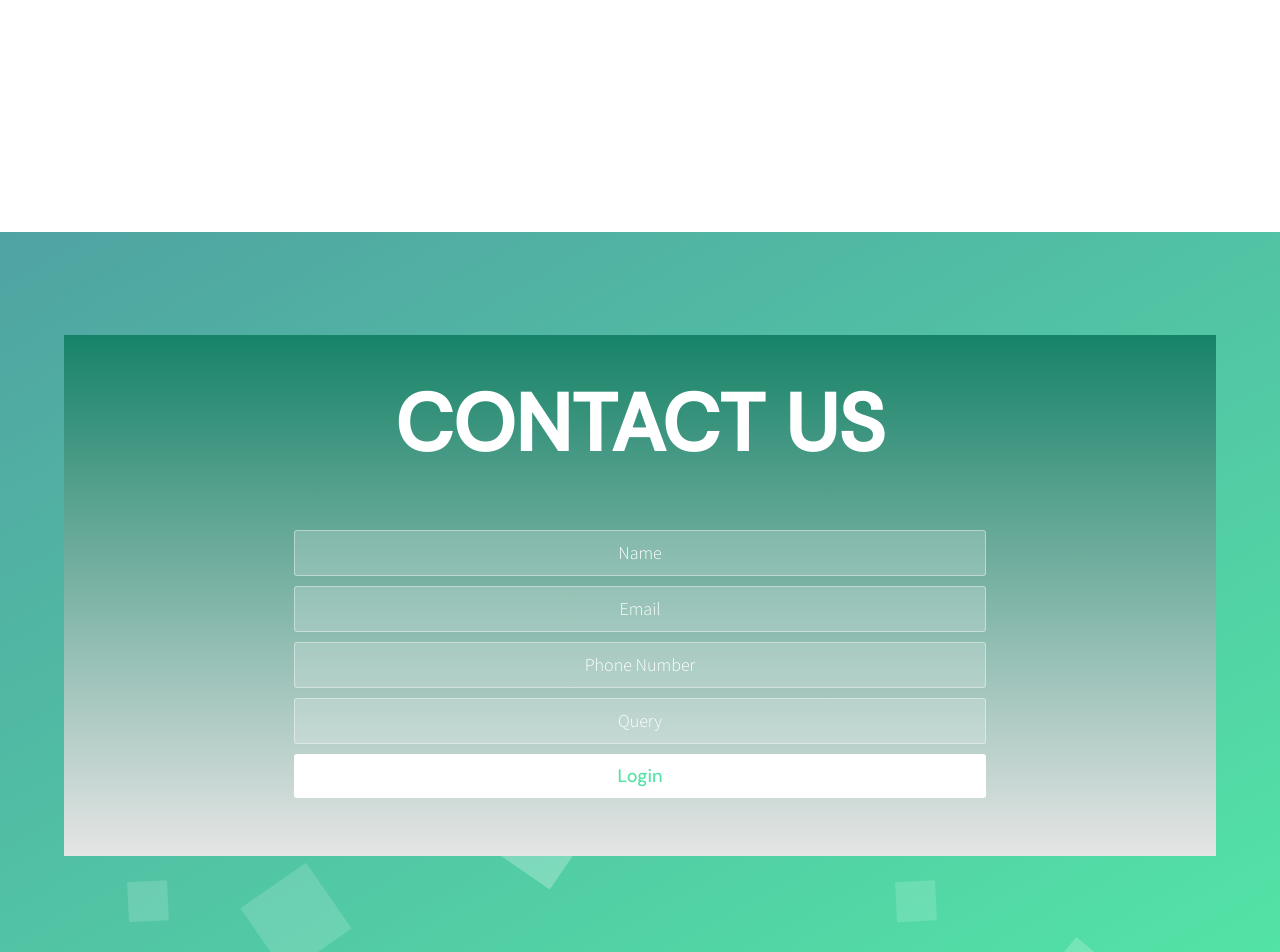
Repository: Jrap-bit/PeriodofSharing
Page: index.html
The author's editor kept a copy of each file at every save. The page is drawn from the files as they stood at one save, then again after the next save.
The browser window is 1280 px wide. The pictures show the part of the page from y = 1325 to 2277 px (the page is 2277 px tall).

Above is the page before, as saved 2022-01-16 01:27:38.

### index.html
<!DOCTYPE html>
<html lang="en">
  <head>
    <meta charset="UTF-8" />
    <meta http-equiv="X-UA-Compatible" content="IE=edge" />
    <meta name="viewport" content="width=device-width, initial-scale=1.0" />
    <link rel="stylesheet" href="style.css" />
    <title>#PeriodofSharing</title>
  </head>
  <body>
    <nav>
      <div class="logo">
          <a href="#" class = "brand-title">Brand Name</a>
      </div>
      <ul>
          <li>
              <a href="#">Home</a>
          </li>
          <li>
              <a href="#">
              About
          </a>
          </li>
          <li>
              <a href="#">
              Contact
          </a>
          </li>
      </ul>
  </nav>
    <div id="Home" class="home">
      <h1>#PeriodofSharing</h1>
      <p>
        For every 30 Rupees that you donate, we will purchase one packet of sofy
        sanitary napkins that contain 8 pads. This packet of sanitary napkins
        will be distributed for free to girls in Govt. schools, slums,
        orphanages in the age group of 12 to 20.
      </p>
      <div>
        <a href="Donate.html"><button class="donate-button">Donate</button></a>
      </div>
    </div>
    <div id="About" class="about">
      <p>
        At any given time, girls across India cannot afford sanitary napkins.
        Instead they use cloth, grass, newspapers and other unhygienic materials
        that increase their risk of contracting infections. It is estimated that
        over 80% of all women in India do not have access to sanitary products
        during menstruation.
      </p>
      <p>
        Female menstruation is still considered a social taboo and as such, 9
        out of 10 girls are unaware of their menstrual cycles. The ones who are
        aware of it are not open to talking about it.
      </p>
      <p>
        Those who purchase their own sanitary products are all too familiar with
        their products being wrapped in paper to “shield” the public from any
        knowledge of the existence of a period.
      </p>
      <p>
        Our mission is to raise awareness on gender issues and bring it out in
        the open. Through our programs, we teach young girls that their
        menstrual cycles are natural, a sign of good reproductive health and is
        something they have in common with girls in countries worldwide!
        Furthermore, we hold sessions with the mothers of the girls to bring the
        topic of menstruation out into the open, allow them to ask questions and
        look at menstruation for the natural and healthy process it is.
      </p>
    </div>
    <div class="contact" id="Contact">
      <div class="wrapper">
        <div class="container">
          <form class="form">
            <h1 class="form-header">CONTACT US</h1>
            <input type="text" placeholder="Name" />
            <input type="text" placeholder="Email" />
            <input type="text" placeholder="Phone Number" />
            <input type="text" placeholder="Query" />
            <button type="submit" id="login-button">Login</button>
          </form>
        </div>
        <ul class="bg-bubbles">
          <li></li>
          <li></li>
          <li></li>
          <li></li>
          <li></li>
          <li></li>
          <li></li>
          <li></li>
          <li></li>
          <li></li>
      </ul>
      </div>
    </div>
  </body>
</html>

### style.css
@import url('https://fonts.googleapis.com/css2?family=DM+Sans:wght@500&display=swap');
@import url('https://fonts.googleapis.com/css2?family=Bebas+Neue&family=Lobster&family=Permanent+Marker&display=swap');
@import url('https://fonts.googleapis.com/css?family=Source+Sans+Pro:200,300');


* {
    box-sizing: border-box;
    font-family: 'DM Sans', sans-serif;
    font-weight: 300;
}

body {
    margin: 0;
    padding: 0;
    font-family: 'Source Sans Pro', sans-serif;
	 color: black;
	 font-weight: 300;
}

body ::-webkit-input-placeholder {
    font-family: 'Source Sans Pro', sans-serif;
    color: white;
    font-weight: 300;
}
body :-moz-placeholder {
    font-family: 'Source Sans Pro', sans-serif;
    color: white;
    opacity: 1;
    font-weight: 300;
}
body ::-moz-placeholder {
    font-family: 'Source Sans Pro', sans-serif;
    color: white;
    opacity: 1;
    font-weight: 300;
}
body :-ms-input-placeholder {
    font-family: 'Source Sans Pro', sans-serif;
    color: white;
    font-weight: 300;
}
.wrapper {
    background: #50a3a2;
    background: -webkit-linear-gradient(top left,#50a3a2 0%,#53e3a6 100%);
    background: -moz-linear-gradient(top left,#50a3a2 0%,#53e3a6 100%);
    background: -o-linear-gradient(top left,#50a3a2 0%,#53e3a6 100%);
    background: linear-gradient(to bottom right,#50a3a2 0%,#53e3a6 100%);
    position: absolute;
    left: 0;
    width: 100%;
    height: 100vh;
    overflow: hidden;
}
.wrapper.form-success .container h1 {
    transform: translateY(85px);
}
.container {
    max-width: 90%;
    margin: 8% auto;
    padding: 0px 0;
    height: 50%;
    text-align: center;
}

.form-header{
    font-family: 'DM Sans', sans-serif;
    color: #fff;
    margin-top: -20px;
    font-weight: 600;
    font-size: 5rem;
}

form {
    display:flexbox;
    justify-content: center;
    align-items: center;
    background: linear-gradient(rgba(1, 121, 91, 0.9), rgba(231, 231, 231, 0.8)), #ddd;
    padding: 5% 0;
    position: relative;
    z-index: 2;
}
form input {
    display: block;
    appearance: none;
    outline: 0;
    border: 1px solid rgba(255,255,255,0.4);
    background-color: rgba(255,255,255,0.2);
    width: 60%;
    border-radius: 3px;
    padding: 10px 15px;
    margin: 0 auto 10px auto;
    text-align: center;
    font-size: 18px;
    color: white;
    transition-duration: 0.25s;
    font-weight: 300;
}
form input:hover {
    background-color: rgba(255,255,255,0.4);
}
form input:focus {
    background-color: white;
    width: 80%;
    color: #53e3a6;
}
form button {
    appearance: none;
    outline: 0;
    background-color: white;
    border: 0;
    padding: 10px 15px;
    color: #53e3a6;
    border-radius: 3px;
    width: 60%;
    cursor: pointer;
    font-size: 18px;
    transition-duration: 0.25s;
}
form button:hover {
    background-color: #f5f7f9;
}

html{
    scroll-behavior: smooth;
}

.donate-button{
    appearance: none;
    outline: 0;
    background-color: white;
    border: 0;
    padding: 10px 15px;
    color: #53e3a6;
    border-radius: 3px;
    width: 250px;
    cursor: pointer;
    font-size: 18px;
    transition-duration: 0.25s;
}
.donate-button:hover{
    background-color: #f5f7f9;
}

.brand-title{
    font-family: 'Lobster', cursive;
    font-size: 3rem;
    margin: 10px 50px;
    margin-bottom: 15px;
    margin-left: 2%;

}

nav a{
    text-decoration: none;
    color: white;
}
nav a::after{
    text-decoration: none;
}

nav {
    padding-left: 100px;
    padding-right: 100px;
}

nav,
nav ul {
    display: flex;
    justify-content: space-around;
    align-items: center;
    width: 100%;
}

nav {
    background-color: #283646;
    height: 80px;
}

nav ul li {
    font-size: 1.3rem;
    font-family: 'Montserrat', sans-serif;
    list-style-type: none;
}

nav ul li a {
    text-decoration: none;
    color: white;
}

nav ul li a:hover {
    color: yellowgreen;
}

@media only screen and (max-width: 768px) {
    nav {
        padding: unset !important
    }
}

@media only screen and (max-width: 576px) {
    nav,
    nav ul {
        height: auto;
        display: flex;
        flex-flow: column wrap;
    }
    nav ul li {
        width: 100%;
    }
    nav ul li a {
        width: 100%;
        display: flex;
        align-items: center;
        justify-content: center;
        width: 100%;
        height: 50px;
    }
    nav ul li a:hover {
        color: white;
        background-color: yellowgreen;
    }
}


.about{
    height: 100vh;

}

.home{
    height: 100vh;
    background: url("https://csrbox.org/full_stories_img/1528786858Sanitary%20Pad%20Donation%20(8).JPG");
    filter: brightness(40%)
}

.bg-bubbles {
    position: absolute;
    top: 0;
    left: 0;
    width: 100%;
    height: 100%;
    z-index: 1;
}
.bg-bubbles li {
    position: absolute;
    list-style: none;
    display: block;
    width: 40px;
    height: 40px;
    background-color: rgba(255,255,255,0.15);
    bottom: -160px;
    -webkit-animation: square 25s infinite;
    animation: square 25s infinite;
    -webkit-transition-timing-function: linear;
    transition-timing-function: linear;
}
.bg-bubbles li:nth-child(1) {
    left: 10%;
}
.bg-bubbles li:nth-child(2) {
    left: 20%;
    width: 80px;
    height: 80px;
    animation-delay: 2s;
    animation-duration: 17s;
}
.bg-bubbles li:nth-child(3) {
    left: 25%;
    animation-delay: 4s;
}
.bg-bubbles li:nth-child(4) {
    left: 40%;
    width: 60px;
    height: 60px;
    animation-duration: 22s;
    background-color: rgba(255,255,255,0.25);
}
.bg-bubbles li:nth-child(5) {
    left: 70%;
}
.bg-bubbles li:nth-child(6) {
    left: 80%;
    width: 120px;
    height: 120px;
    animation-delay: 3s;
    background-color: rgba(255,255,255,0.2);
}
.bg-bubbles li:nth-child(7) {
    left: 32%;
    width: 160px;
    height: 160px;
    animation-delay: 7s;
}
.bg-bubbles li:nth-child(8) {
    left: 55%;
    width: 20px;
    height: 20px;
    animation-delay: 15s;
    animation-duration: 40s;
}
.bg-bubbles li:nth-child(9) {
    left: 25%;
    width: 10px;
    height: 10px;
    animation-delay: 2s;
    animation-duration: 40s;
    background-color: rgba(255,255,255,0.3);
}
.bg-bubbles li:nth-child(10) {
    left: 90%;
    width: 160px;
    height: 160px;
    animation-delay: 11s;
}
@-webkit-keyframes square {
    0% {
        transform: translateY(0);
   }
    100% {
        transform: translateY(-700px) rotate(600deg);
   }
}
@keyframes square {
    0% {
        transform: translateY(0);
   }
    100% {
        transform: translateY(-700px) rotate(600deg);
   }
}

After the next save:
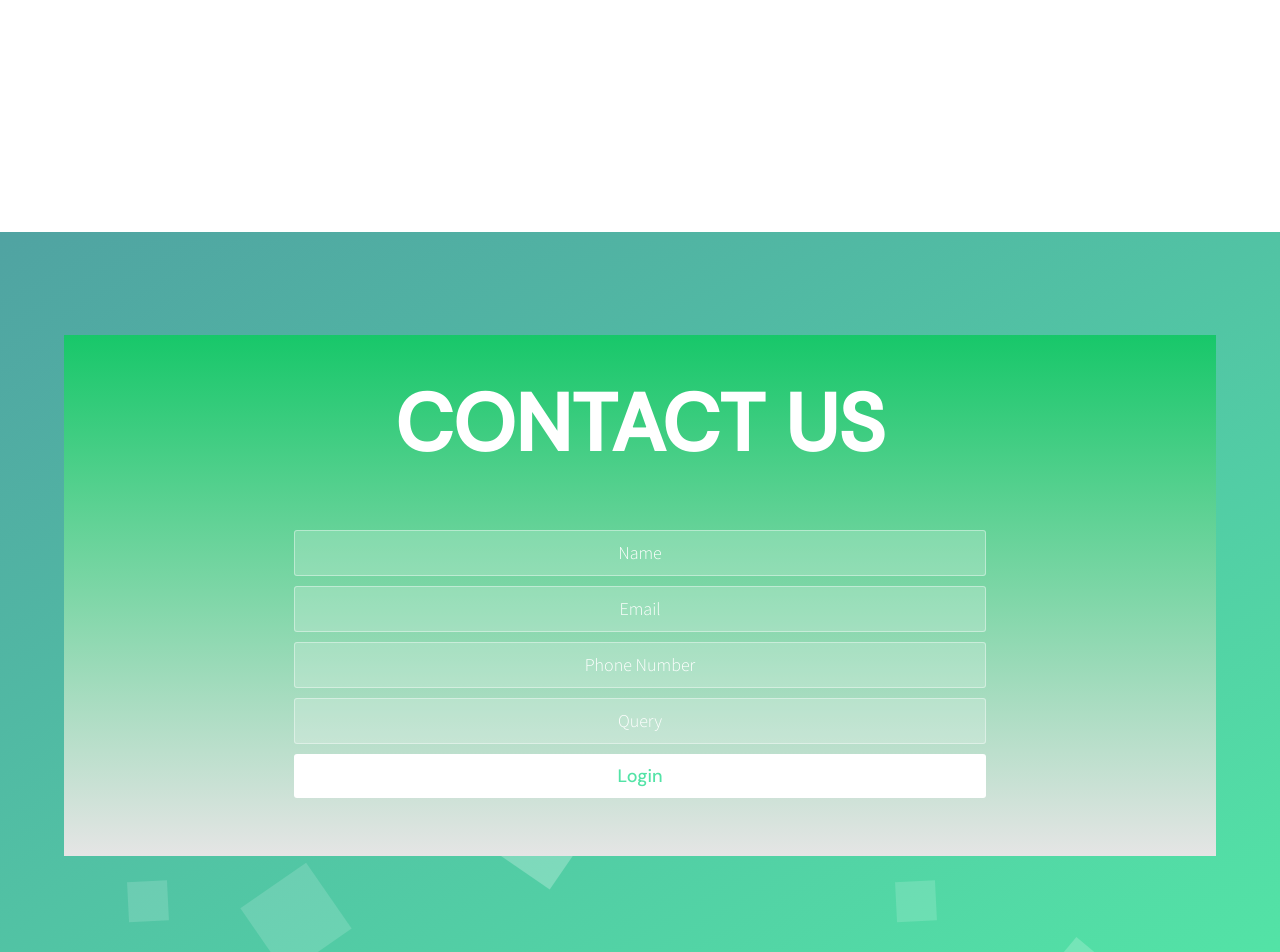
Saved 9 s later.
--- a/style.css
+++ b/style.css
@@ -74,7 +74,7 @@ form {
     display:flexbox;
     justify-content: center;
     align-items: center;
-    background: linear-gradient(rgba(1, 121, 91, 0.9), rgba(231, 231, 231, 0.8)), #ddd;
+    background: linear-gradient(rgba(2, 197, 93, 0.9), rgba(231, 231, 231, 0.8)), #ddd;
     padding: 5% 0;
     position: relative;
     z-index: 2;
